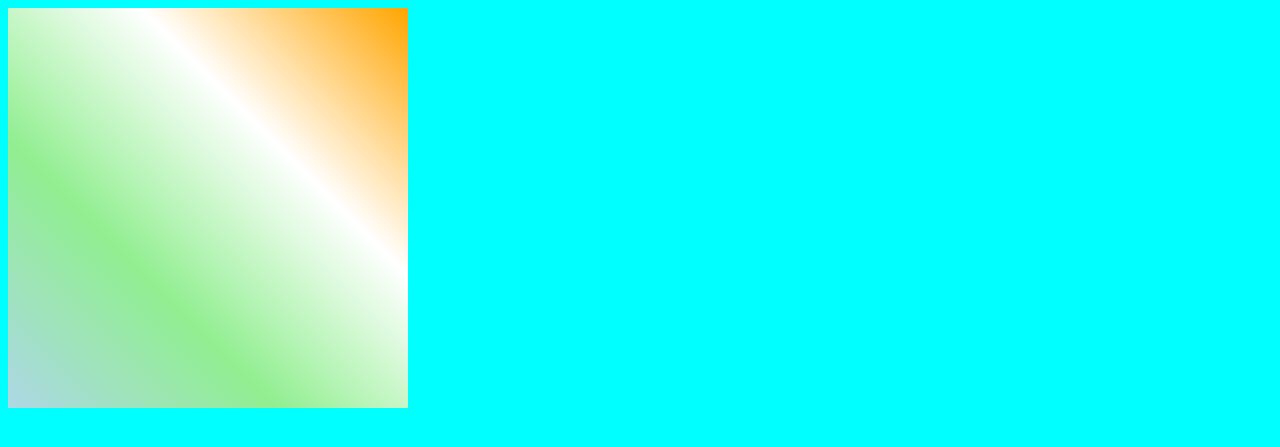
Repository: Amani-Kibet/express-app-web
Page: public/Card.html
An editor plug-in stored every save of this project. The page is shown before and after the next save, followed by the edit.
The browser window is 1280 px wide. The pictures show the whole page.

Above is the page before, as saved 2025-09-25 21:04:46.

### public/Card.html
<!DOCTYPE html>
<head>
  <title> Login Page</title>
  <style>
  #board{
    background: linear-gradient(45deg, lightblue, lightgreen, white, orange);
    width: 25rem;
    height: 25rem;

  }
  </style>
</head>
<body bgColor="cyan">
  <div id="board">

  </div>
</body>
<script>
  let input1= document.getElementById("input1");
  let btn1= document.getElementById("btn1");

  function f1(){
    let file= input1.files[0];
    let env= new FormData();
    env.append("image", file)

    fetch("http://localhost:3000/path1", {
      method: "POST",
      body: env
    })
  }


</script>
</html>

After the next save:
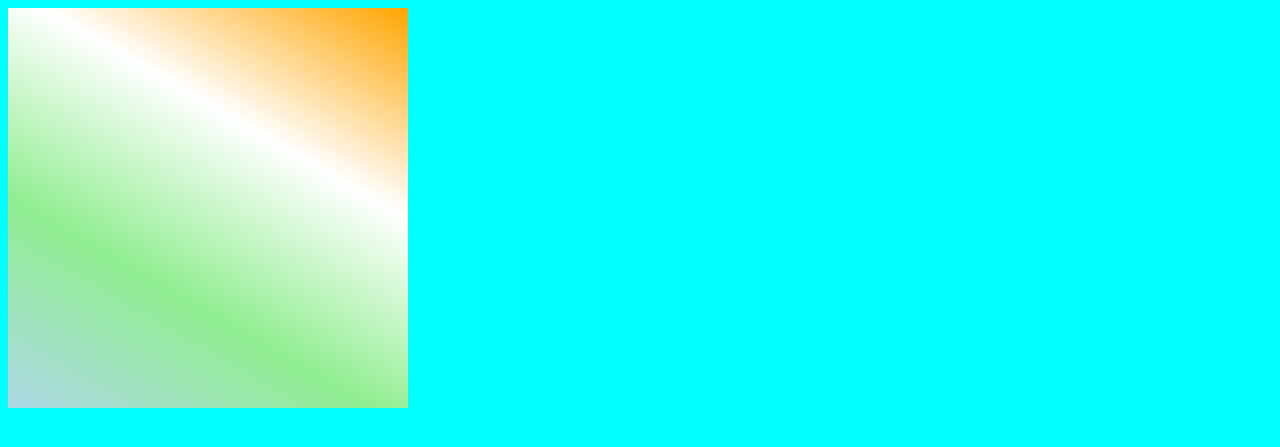
Saved 22 s later.
--- a/public/Card.html
+++ b/public/Card.html
@@ -3,7 +3,7 @@
   <title> Login Page</title>
   <style>
   #board{
-    background: linear-gradient(45deg, lightblue, lightgreen, white, orange);
+    background: linear-gradient(30deg, lightblue, lightgreen, white, orange);
     width: 25rem;
     height: 25rem;
 
